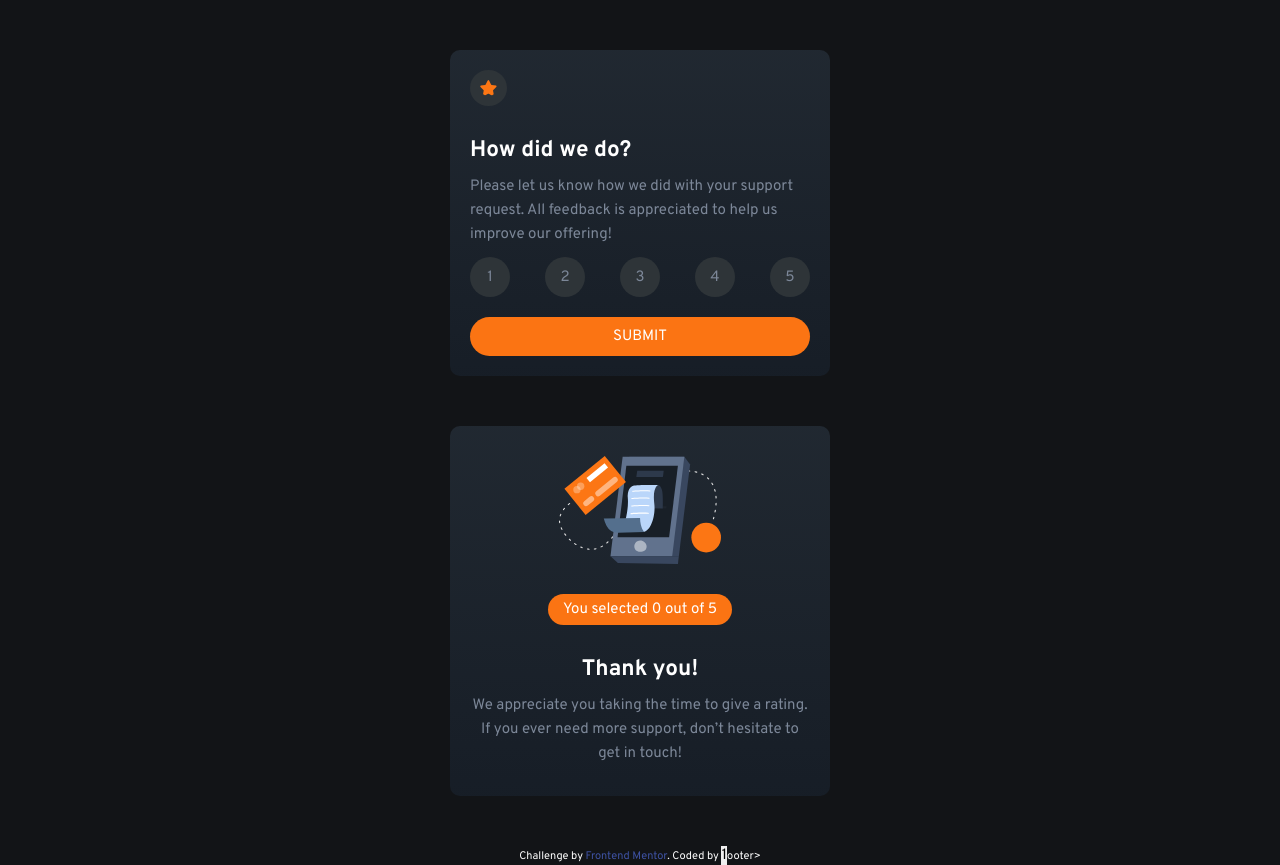
Repository: huynhnhutanhduy/interactive-rating-component
Page: index.html
An editor plug-in stored every save of this project. The page is shown before and after the next save, followed by the edit.
The browser window is 1280 px wide. The pictures show the whole page.
The pointer rests on the first visible `.rating-submit`.

Above is the page before, as saved 2022-10-19 10:57:34.

After the next save:
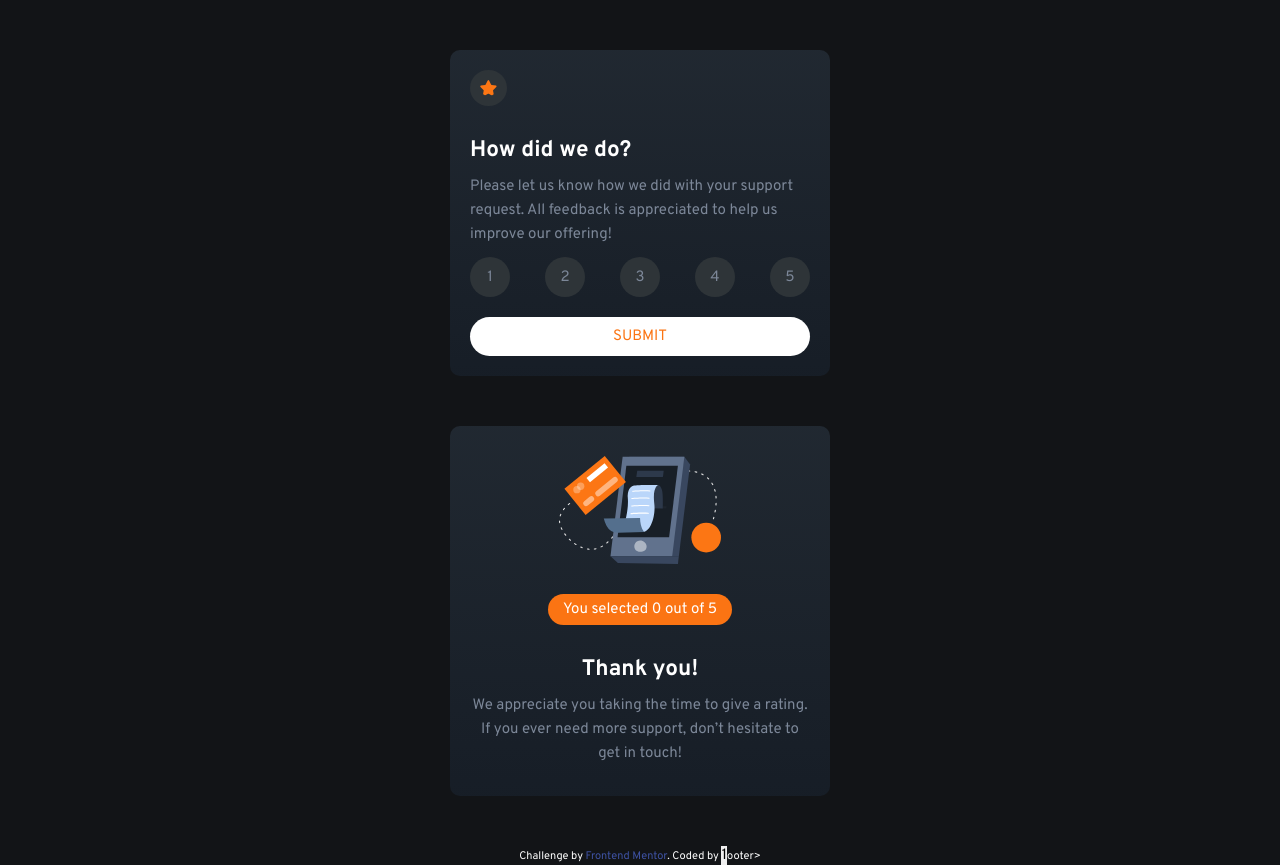
Saved 86 s later.
--- a/app.css
+++ b/app.css
@@ -126,3 +126,7 @@ body,
 .rating-item:focus {
   background-color: var(--light-grey);
 }
+.rating-submit:hover {
+  background-color: var(--white);
+  color: var(--primary);
+}
